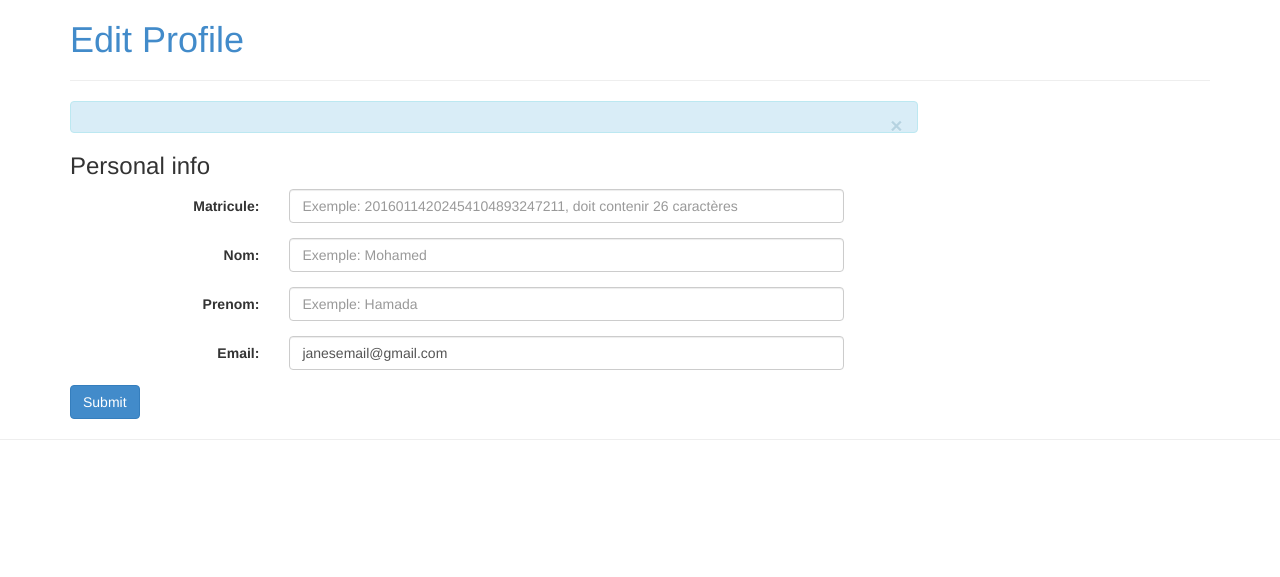
Repository: tt5300447/parakeet
Page: http://localhost/
An editor plug-in stored every save of this project. The page is shown before and after the next save, followed by the edit.
The browser window is 1280 px wide. The pictures show the whole page.
The page is run by PHP 8.4 with error messages shown; the project is at /var/www/html/.

Above is the page before, as saved 2022-06-21 16:37:07.
Console error (its wording comes from the project's code and is left out).

After the next save:
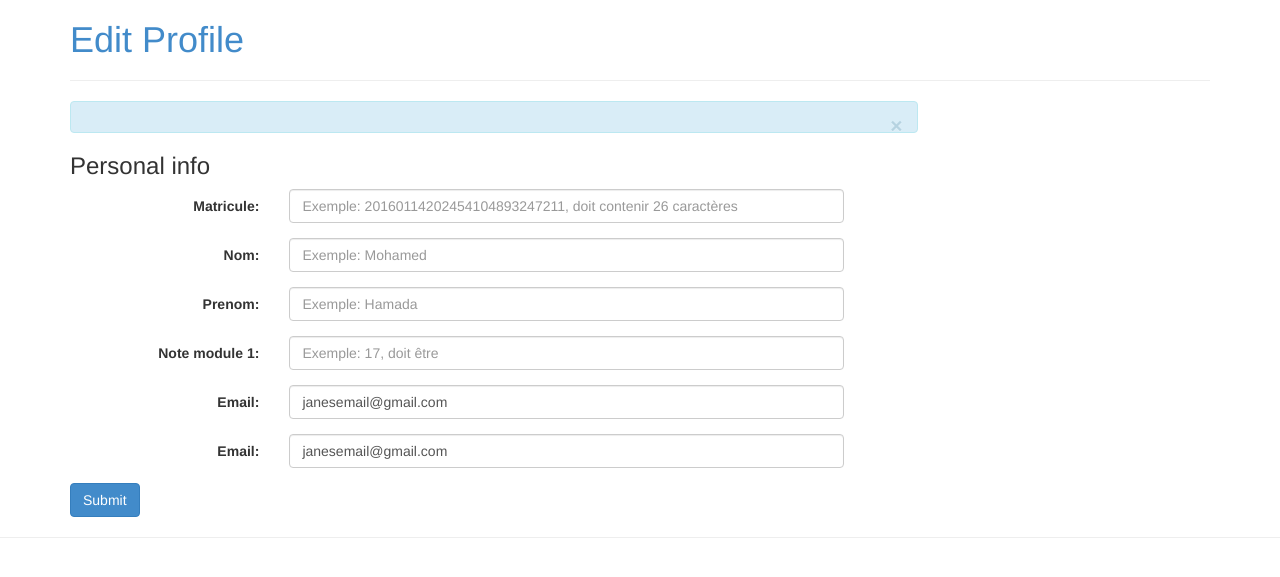
Saved 100 s later.
--- a/Copier/htdocs/Ajouter/index.php
+++ b/Copier/htdocs/Ajouter/index.php
@@ -48,7 +48,19 @@
                             <input class="form-control" type="text" placeholder="Exemple: Hamada" />
                         </div>
                     </div>
+
                     <div class="form-group">
+                        <label class="col-lg-3 control-label">Note module 1:</label>
+                        <div class="col-lg-8">
+                            <input class="form-control" type="number" placeholder="Exemple: 17, doit être" />
+                        </div>
+                    </div>
+                    <div class="form-group">
+                        <label class="col-lg-3 control-label">Email:</label>
+                        <div class="col-lg-8">
+                            <input class="form-control" type="text" value="janesemail@gmail.com" />
+                        </div>
+                    </div><div class="form-group">
                         <label class="col-lg-3 control-label">Email:</label>
                         <div class="col-lg-8">
                             <input class="form-control" type="text" value="janesemail@gmail.com" />
